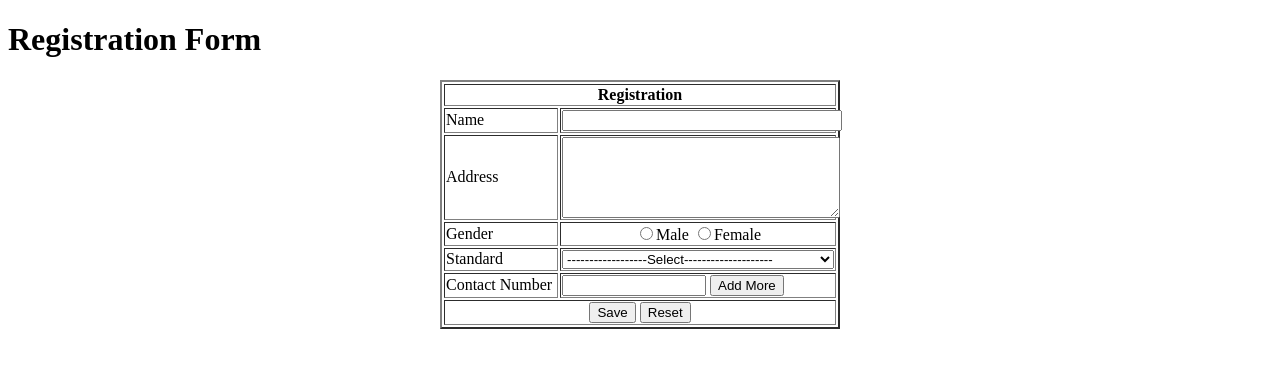
Repository: nsbgit/JavaTutorial
Page: http://localhost/2ndBatch/
An editor plug-in stored every save of this project. The page is shown before and after the next save, followed by the edit.
The browser window is 1280 px wide. The pictures show the whole page.
The page is served by Tomcat 9.

Above is the page before, as saved 2013-12-17 20:39:38.

After the next save:
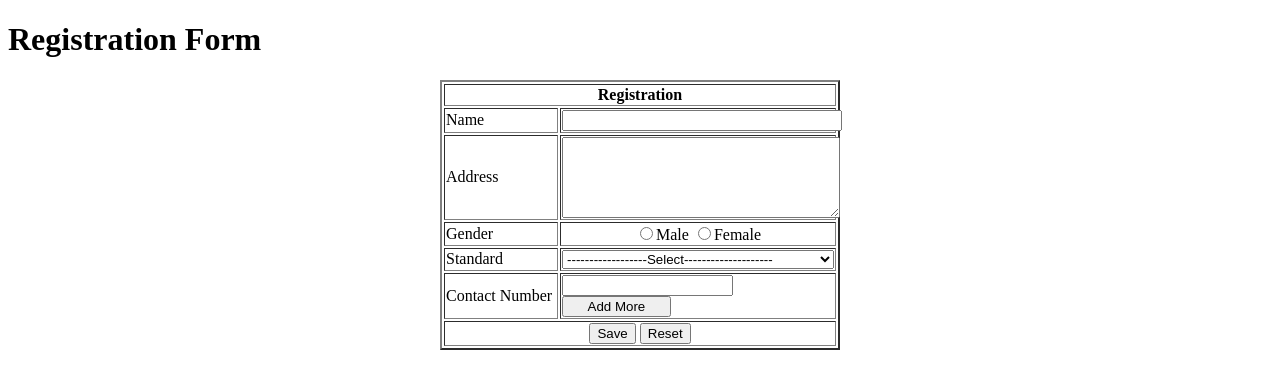
Saved 8 min 48 s later.
--- a/Webel Daily Home/J2EE Webel Tutorial Class/2ndBatch/WebContent/1st.jsp
+++ b/Webel Daily Home/J2EE Webel Tutorial Class/2ndBatch/WebContent/1st.jsp
@@ -69,8 +69,8 @@
 			<tr>
 				<td>Contact Number</td>
 				<td>
-					<input type="text" style="width: 50%">
-					<input type="button" value="Add More"><%-- Syntax for BUTTON --%>
+					<input type="text" style="width: 60%">
+					<input type="button" style="width: 40%" value="Add More"><%-- Syntax for BUTTON --%>
 				</td>
 			</tr>
 
